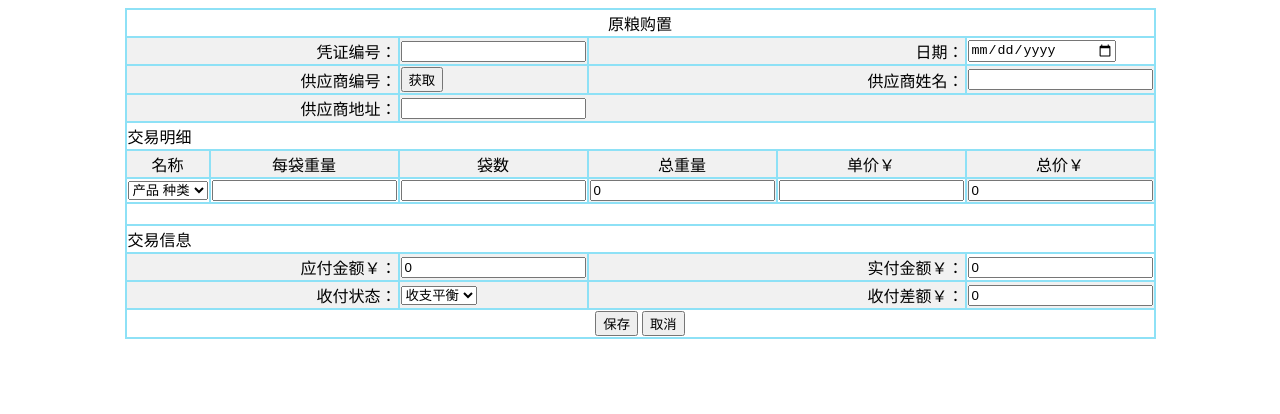
Repository: yuxingyan/OneCrewFlour
Page: http://localhost/Flour/buy.jsp
The author's editor kept a copy of each file at every save. The page is drawn from the files as they stood at one save, then again after the next save.
The browser window is 1280 px wide. The pictures show the whole page.
The page is served by Tomcat 9. Nobody is signed in. The application's start-up code is not run. Other server files are loaded and not shown. The template is opened directly, without the code that normally fills it, so the values that code supplies are empty.

Above is the page before, as saved 2018-01-11 06:43:17.

### Flour/WebRoot/buy.jsp
<%@ page language="java" import="java.util.*" pageEncoding="utf-8"%>
<%
String path = request.getContextPath();
String basePath = request.getScheme()+"://"+request.getServerName()+":"+request.getServerPort()+path+"/";
%>

<!DOCTYPE HTML PUBLIC "-//W3C//DTD HTML 4.01 Transitional//EN">
<html>
  <head>
    <base href="<%=basePath%>">

    <title>My JSP 'buy.jsp' starting page</title>

	<meta http-equiv="pragma" content="no-cache">
	<meta http-equiv="cache-control" content="no-cache">
	<meta http-equiv="expires" content="0">
	<meta http-equiv="keywords" content="keyword1,keyword2,keyword3">
	<meta http-equiv="description" content="This is my page">
	<!--
	<link rel="stylesheet" type="text/css" href="styles.css">
	-->


    <script language="javascript" type="text/javascript">
    		function test(){
 var url = "managestore";
 window.location.href= url;
}
    function Check(){

   var n1=document.getElementById("bagweight").value;
   var n2=document.getElementById("op").value;
   var n3=document.getElementById("date").value;
   var n4=document.getElementById("addresstext").value;

      var n5=document.getElementById("nametext").value;
      var n6=document.getElementById("price").value;
       var n7=document.getElementById("bag").value;
      var erroring="";

      if(n1==""||n1==null){
        erroring+="请输入每袋小麦重量!"+'\n';
  }
 if(n2==""||n2==null){
     erroring+="请输入客户编号!"+'\n';
  }
 if(n3==""||n3==null){
  erroring+="请输入日期!"+'\n';
  }
 if(n4==""||n4==null){
  erroring+="请输入客户地址!"+'\n';
  }
 if(n5==""||n5==null){
  erroring+="请输入客户姓名!"+'\n';
  }

  if(n6==""||n6==null){
  erroring+="请输入加工费!"+'\n';
  }
   if(n7==""||n7==null){
  erroring+="请输小麦袋数!"+'\n';
  }
  if(erroring.length!=0){
  alert(erroring);
  return false;


  }else{
  alert("保存成功！");
     document.form1.submit();

  }
}
		//弹出信息窗口
		function showWindow(){

			window.open ('otherinquireclient.jsp','add',
'height=600, width=800, top=60, left=200, toolbar=no,menubar=no,scrollbars=yes,resizable=no,location=no, status=no') ;
}
function add(){

var bagweight=document.getElementById("bagweight").value;
var bag=document.getElementById("bag").value;
var sum=bagweight*bag;
var price=document.getElementById("price").value
var sumprice=sum*price;
document.getElementById("sumbag").value=sum;
document.getElementById("sumprice").value=sumprice;
document.getElementById("pay").value=sumprice;
document.getElementById("realpay").value=sumprice;

}
function cha(){
var cha;
if(document.getElementById("pay").value>document.getElementById("realpay").value){
cha=document.getElementById("pay").value-document.getElementById("realpay").value;
//var select=document.getElementById("selectid");
//var s=select.options[select.selectedIndex].value;
document.getElementById("cha").value=cha;
document.getElementById("selectid").value=3;
}
if(document.getElementById("pay").value<document.getElementById("realpay").value){
cha=document.getElementById("realpay").value-document.getElementById("pay").value;
//var select=document.getElementById("selectid");
//var s=select.options[select.selectedIndex].value;
document.getElementById("cha").value=cha;
document.getElementById("selectid").value=2;
}
}

		 </script>
  </head>

  <body>
    <form action="addbuy" id="form1" name="form1">



     <center>
    <table  border="1" cellspacing="0" bordercolor="#8EE1F6" >
    <tr >
    <td  colspan="7" width="600" align="center"  >原粮购置 </td>

    </tr>
    <tr>
    <td  colspan="2" align="right"   bgcolor="#f1f1f1">凭证编号：</td>
    <td  colspan="1"  bgcolor="#f1f1f1" ><input type="text" name="buy.eid"value="${count}"readonly/></td>
    <td  colspan="2" align="right"   bgcolor="#f1f1f1" >日期：</td>
    <td colspan="2" ><input type="date" name="buy.date" id="date" style="width:148px"></td>
    </tr>
     <input type="hidden" id="op" name="bian"/>
    <tr>
    <td  colspan="2" align="right"   bgcolor="#f1f1f1">供应商编号：</td>
    <td  colspan="1"  bgcolor="#f1f1f1" ><input id="idtext" type="button" onclick="showWindow();" value="获取" /></td>
    <td  colspan="2" align="right"   bgcolor="#f1f1f1" >供应商姓名：</td>
    <td  colspan="2"  bgcolor="#f1f1f1" ><input  id="nametext" type="text" readonly/></td>
    </tr>
    <tr>
    <td  colspan="2" align="right"   bgcolor="#f1f1f1">供应商地址：</td>
    <td colspan="5"  bgcolor="#f1f1f1" ><input id="addresstext" type="text" readonly/></td>
    </tr>
    <tr>
    <td colspan="7" align="left">交易明细</td>
    </tr>
    <tr>
    <td align="center"   bgcolor="#f1f1f1">名称</td>

    <td align="center"   bgcolor="#f1f1f1">每袋重量</td>
    <td align="center"   bgcolor="#f1f1f1">袋数</td>
    <td align="center"   bgcolor="#f1f1f1">总重量</td>
    <td align="center"   bgcolor="#f1f1f1">单价￥</td>
    <td align="center"   bgcolor="#f1f1f1">总价￥</td>
    </tr>
    <tr>
    <td align="center" > <select >产品种类
    <option value="1">产品 种类</option>
    <option value="2">小麦</option>

    </select></td>

    <td ><input type="text"name="buy.bagweight" id="bagweight" ></td>
    <td> <input type="text" id="bag" name="buy.bag" ></td>
    <td onclick="add();" align="center"  bgcolor="#f1f1f1"><input type="text" id="sumbag" name="buy.weight"value="0"readonly></td>
    <td><input type="text" id="price" name="buy.price"></td>
    <td  onclick="add();"bgcolor="#f1f1f1"><input type="text" id="sumprice" value="0" name="buy.sum"></td>
    </tr>
    <tr>
    <td colspan="7">&nbsp</td>
    </tr>
    <tr>
    <td colspan="7" align="left">交易信息</td>
    </tr>
    <tr>
    <td colspan="2" align="right"   bgcolor="#f1f1f1">应付金额￥：</td>
    <td  colspan="1"  bgcolor="#f1f1f1"><input type="text" id="pay" value="0" name="pay"readonly/></td>
    <td  colspan="2" align="right"   bgcolor="#f1f1f1">实付金额￥：</td>
    <td colspan="2" onclick="cha();"><input type="text" id="realpay" value="0" name="realpay"readonly></td>
    </tr>
    <tr>
    <td colspan="2" align="right"   bgcolor="#f1f1f1">收付状态：</td>
    <td align="left"   bgcolor="#f1f1f1"> <select id="selectid" >收付平衡
                    <option  selected>收支平衡</option>
                    <option value=2>支大于收</option>
                    <option value=3>收大于支</option>
    </select></td>
    <td  colspan="2" align="right"   bgcolor="#f1f1f1">收付差额￥：</td>
    <td colspan="2"  bgcolor="#f1f1f1"><input type="text" id="cha" value="0" readonly/></td>
    </tr>
    <tr>
   <td align="center" colspan="7"> <input type="button" onclick="Check();"value="保存" />  <input type="button" value="取消" onclick="test();"/>

   </tr>

    </table>
  </center>

  </form>
  </body>
</html>

After the next save:
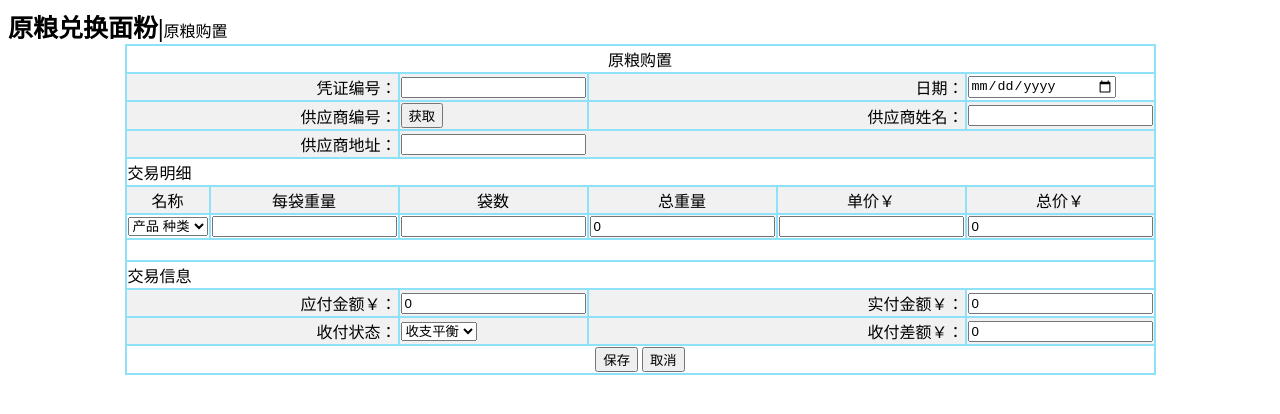
Saved 2 min 0 s later.
--- a/Flour/WebRoot/buy.jsp
+++ b/Flour/WebRoot/buy.jsp
@@ -114,7 +114,7 @@ document.getElementById("selectid").value=2;
   <body>
     <form action="addbuy" id="form1" name="form1">
 
-
+    <strong style="font-size:25px">原粮兑换面粉|</strong>原粮购置
 
      <center>
     <table  border="1" cellspacing="0" bordercolor="#8EE1F6" >
